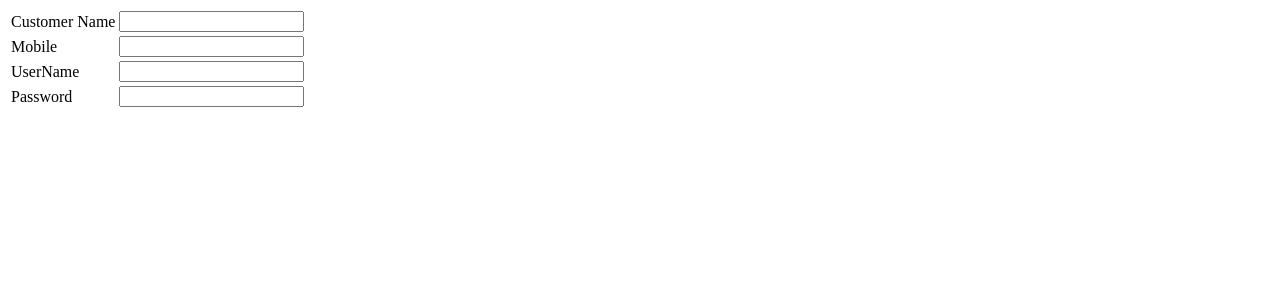
Repository: priyankamergu/MyAllProjects
Page: http://localhost/OnlineShopping/Register.jsp
These files come from the project's save history. The page is drawn as it stood at one moment and after the next save; the edit follows.
The browser window is 1280 px wide. The pictures show the whole page.
The page is served by Tomcat 9.

Above is the page before, as saved 2019-11-20 09:01:09.

After the next save:
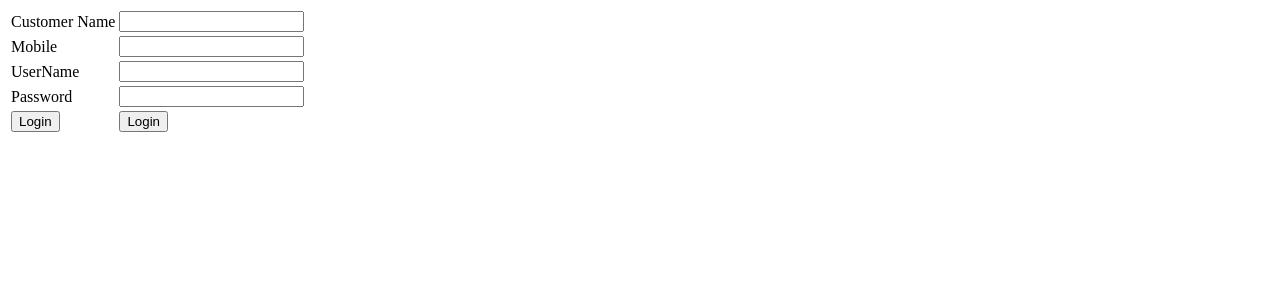
Saved 42 s later.
--- a/Workspace_JEE7_WEB/OnlineShopping/WebContent/Register.jsp
+++ b/Workspace_JEE7_WEB/OnlineShopping/WebContent/Register.jsp
@@ -37,7 +37,8 @@
 				<td><input type="text" name="pass"></td>
 			</tr>
 			<tr>
-				<td>
+				<td><input type="submit" value="Login">
+				<td><input type="submit" value="Login">
 			</tr>
 
 		</table>
